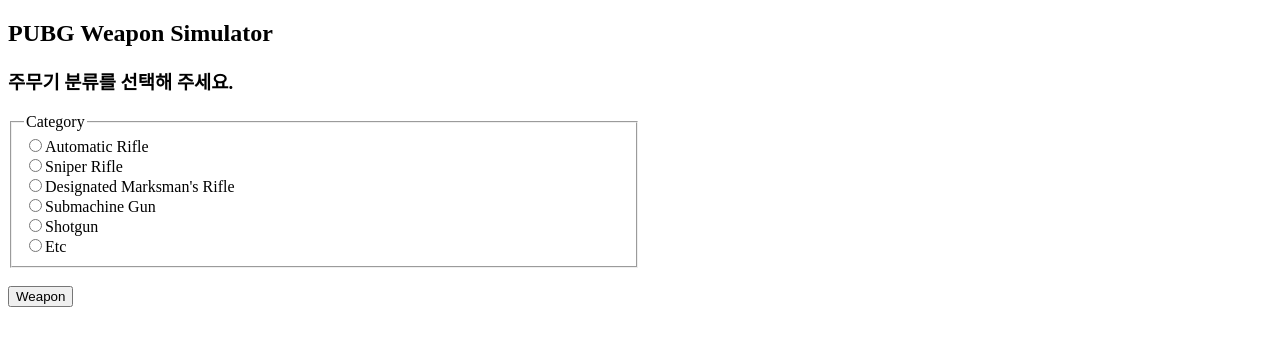
Repository: Tak-kuen/18-2
Page: http://localhost/1501163-report1/1_Start.jsp
An editor plug-in stored every save of this project. The page is shown before and after the next save, followed by the edit.
The browser window is 1280 px wide. The pictures show the whole page.
The page is served by Tomcat 9.

Above is the page before, as saved 2018-09-07 09:19:35.

### code/1501163-report1/WebContent/1_Start.jsp
<%@ page language="java" contentType="text/html; charset=UTF-8"
    pageEncoding="UTF-8"%>
<!DOCTYPE html>
<html>
<head>
<meta charset="UTF-8">
<title>1501163</title>
</head>
<body>
<h2>PUBG Weapon Simulator</h2>
<h3>주무기 분류를 선택해 주세요.</h3>
<form action="2_weaponSelect.jsp" method="post">
<fieldset style="width: 600px;">
<legend>Category</legend>
<input name="category" type="radio" value="ar" >Automatic Rifle<br/>
<input name="category" type="radio" value="sr">Sniper Rifle<br/>
<input name="category" type="radio" value="dmr">Designated Marksman's Rifle<br/>
<input name="category" type="radio" value="smg">Submachine Gun<br/>
<input name="category" type="radio" value="sg">Shotgun<br/>
<input name="category" type="radio" value="etc">Etc<br/>
</fieldset>
<br/>
<input type="submit" value="Weapon">

</form>
</body>
</html>

After the next save:
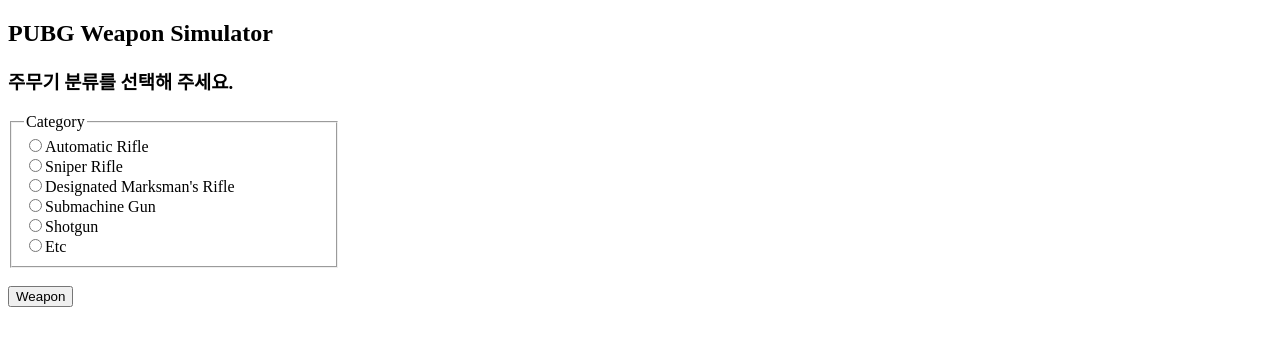
Saved 11 s later.
--- a/code/1501163-report1/WebContent/1_Start.jsp
+++ b/code/1501163-report1/WebContent/1_Start.jsp
@@ -10,7 +10,7 @@
 <h2>PUBG Weapon Simulator</h2>
 <h3>주무기 분류를 선택해 주세요.</h3>
 <form action="2_weaponSelect.jsp" method="post">
-<fieldset style="width: 600px;">
+<fieldset style="width: 300px;">
 <legend>Category</legend>
 <input name="category" type="radio" value="ar" >Automatic Rifle<br/>
 <input name="category" type="radio" value="sr">Sniper Rifle<br/>
